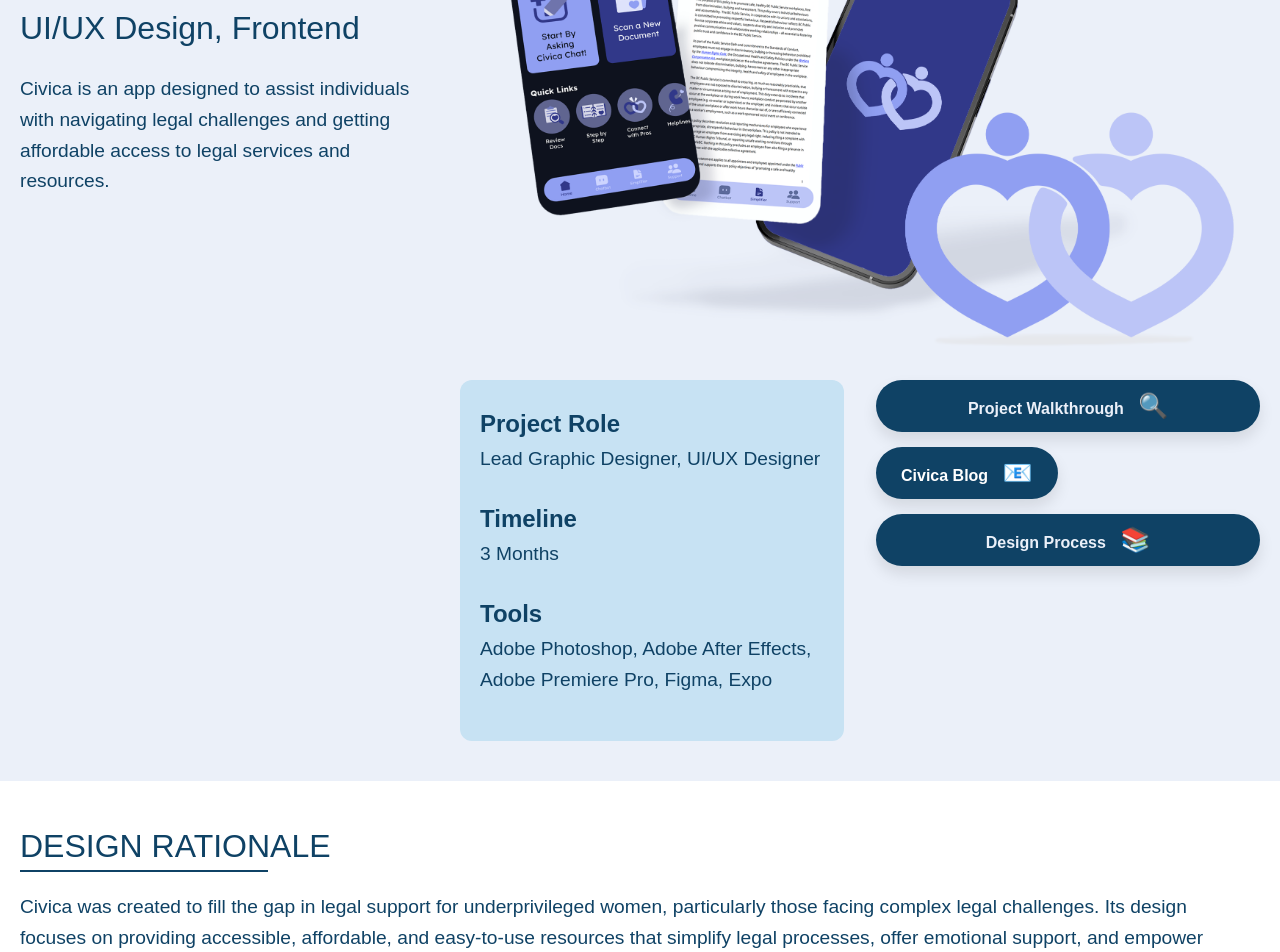
Repository: navnneett/nav-portfolio
Page: html/civica.html
An editor plug-in stored every save of this project. The page is shown before and after the next save, followed by the edit.
The browser window is 1280 px wide. The pictures show the part of the page from y = 308 to 1260 px (the page is 13133 px tall).
A picture or video elsewhere on the page could not be fetched, so the positions and the page height are approximate. Some web libraries are served in a nearby version.

Above is the page before, as saved 2025-03-24 04:59:06.

After the next save:
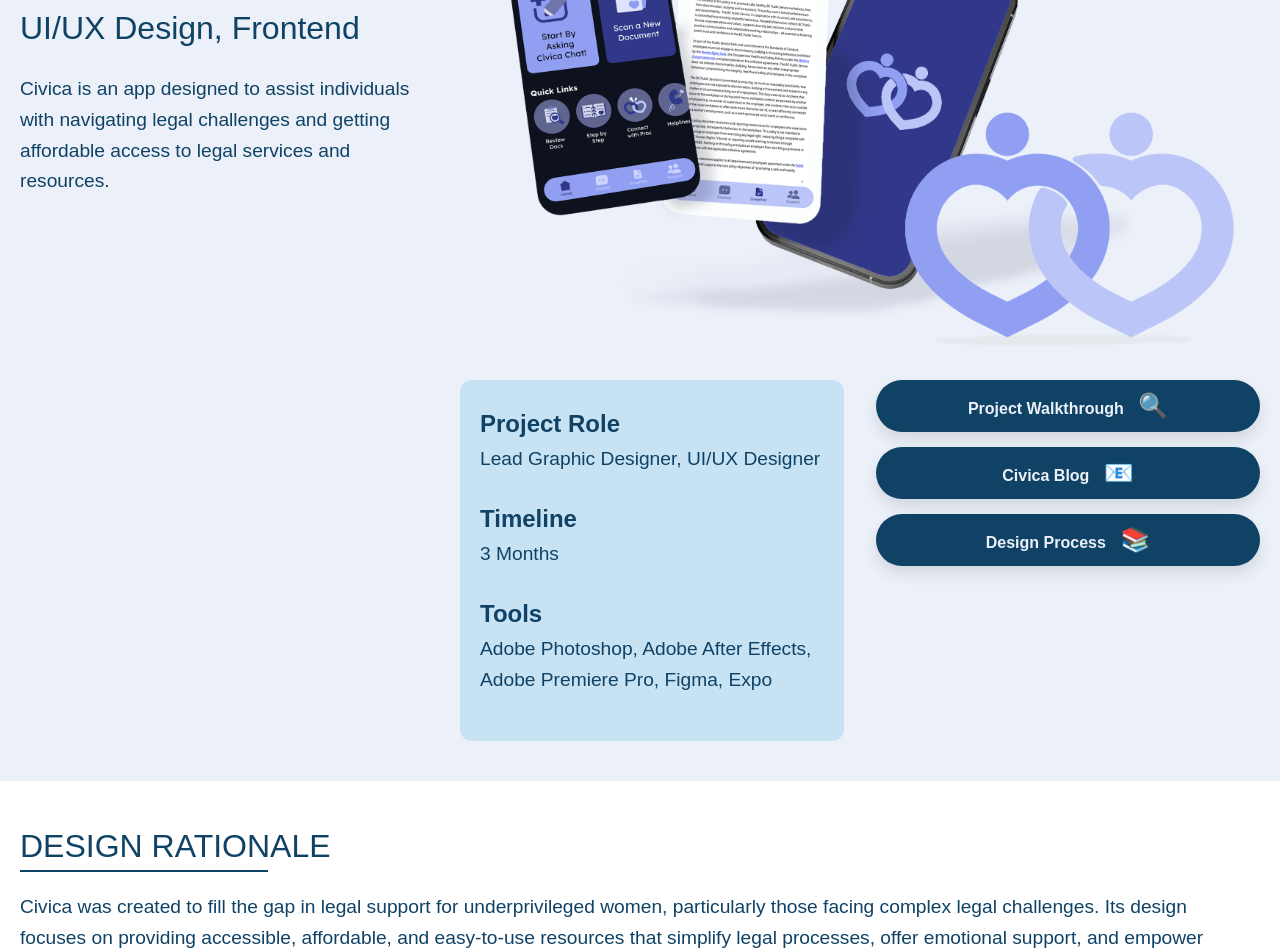
Saved 71 s later.
--- a/html/civica.html
+++ b/html/civica.html
@@ -72,12 +72,12 @@
                                     </a>
                                 </button>
 
-                                <a href="https://www.civicalaw.ca/" class="view-style-guide-link">
-                                    <button class="btn">
+                                    <button class="btn" onclick="window.location.href='https://www.civicalaw.ca/'">
+                                        <a href="#contact" class="view-style-guide-link">
                                         <span class="btn-label">Civica Blog</span>
                                         <span class="btn-icon">📧</span>
+                                    </a>
                                     </button>
-                                </a>
 
                                     <button class="btn">
                                         <a href="https://www.civicalaw.ca/" class="view-style-guide-link">
